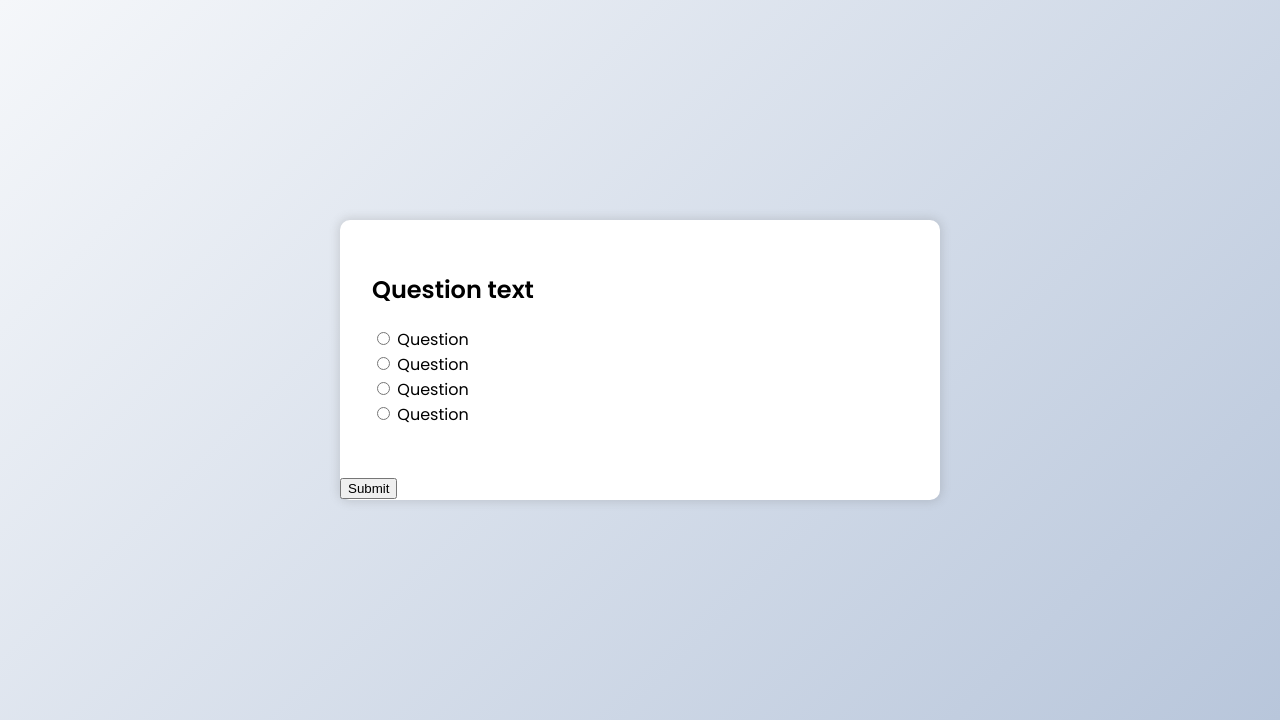
Repository: kate30980/projects-js-practice
Page: quiz-app/index.html
An editor plug-in stored every save of this project. The page is shown before and after the next save, followed by the edit.
The browser window is 1280 px wide. The pictures show the whole page.

Above is the page before, as saved 2021-09-05 22:03:15.

### quiz-app/index.html
<!DOCTYPE html>
<html lang="en">

<head>
    <meta charset="UTF-8" />
    <meta name="viewport" content="width=device-width, initial-scale=1.0" />
    <title>Title</title>
    <link rel="stylesheet" href="style.css" />
    <script src="script.js" defer></script>
</head>

<body>
    <div class="quiz-container">
        <div class="quiz-header">
            <h2>Question text</h2>
            <ul>
                <li>
                    <input type="radio" id="a" name="answer">
                    <label for="a">Question</label>
                </li>
                <li>
                    <input type="radio" id="b" name="answer">
                    <label for="b">Question</label>
                </li>
                <li>
                    <input type="radio" id="c" name="answer">
                    <label for="c">Question</label>
                </li>
                <li>
                    <input type="radio" id="d" name="answer">
                    <label for="d">Question</label>
                </li>
            </ul>
        </div>
        <button>Submit</button>
    </div>
</body>

</html>

### quiz-app/style.css
@import url("https://fonts.googleapis.com/css2?family=Poppins:wght@200;400;600&display=swap");

* {
    box-sizing: border-box;
}

body {
    background-color: #b8c6db;
    background-image: linear-gradient(315deg,#b8c6db, #f5f7fa 100%);
    font-family: "Poppins", sans-serif;
    margin: 0;
    min-height: 100vh;

    display: flex;
    align-items: center;
    justify-content: center;

}

.quiz-container{
    background-color: #fff;
    width: 400px;
    border-radius: 10px;
    box-shadow: rgba(100, 100, 100, 0.2) 0px 0 10px 2px;
    width: 600px;
    max-width: 100%;
}
.quiz-header{
    padding: 2rem;
}
ul{
    list-style-type: none;
    padding: 0;
}

### quiz-app/script.js
const quizData = [
  {
    question: "How old is Kate?",
    a: "10",
    b: "17",
    c: "21",
    d: "20",
    correct: "c",
  },
  {
    question: "What is the best programming language?",
    a: "Javascript",
    b: "Python",
    c: "C++",
    d: "PHP",
    correct: "a",
  },
  {
    question: "Who is the president of US?",
    a: "Kate Le",
    b: "Donald Trump",
    c: "Barack Obama",
    d: "Bill Clinton",
    correct: "a",
  },
  {
    question: "Kate is the best girl in the world",
    a: "Damn true",
    b: "This is a correct answer",
    c: "Aboslutely",
    d: "Dont need to ask this stupid question",
    correct: "a",
  },
  {
    question: "What year was Javascript launch",
    a: "2020",
    b: "2019",
    c: "1995",
    d: "None of the above",
    correct: "c",
  },
];

After the next save:
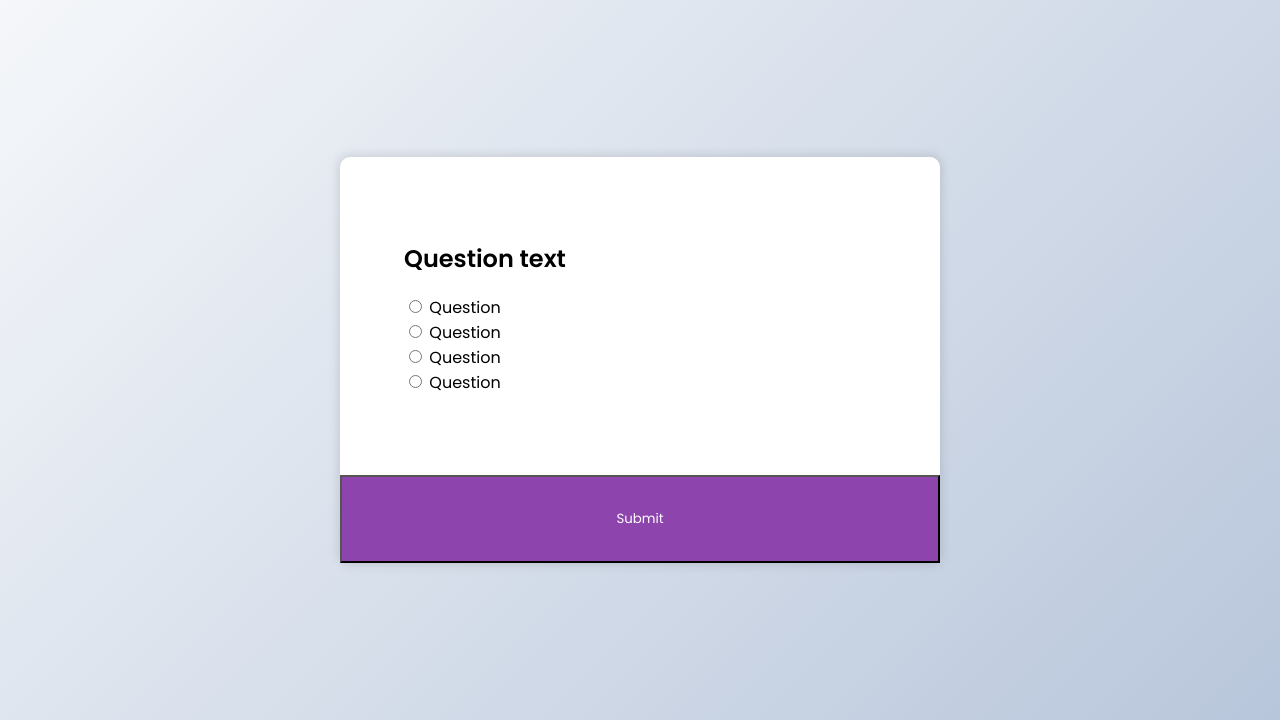
Saved 2 min 10 s later.
--- a/quiz-app/style.css
+++ b/quiz-app/style.css
@@ -26,9 +26,17 @@ body {
     max-width: 100%;
 }
 .quiz-header{
-    padding: 2rem;
+    padding: 4rem;
 }
 ul{
     list-style-type: none;
     padding: 0;
 }
+button{
+    background-color:#8e44ad;
+    display: block;
+    width: 100%;
+    padding: 2rem;
+    color: white;
+    font-family: inherit;
+}
